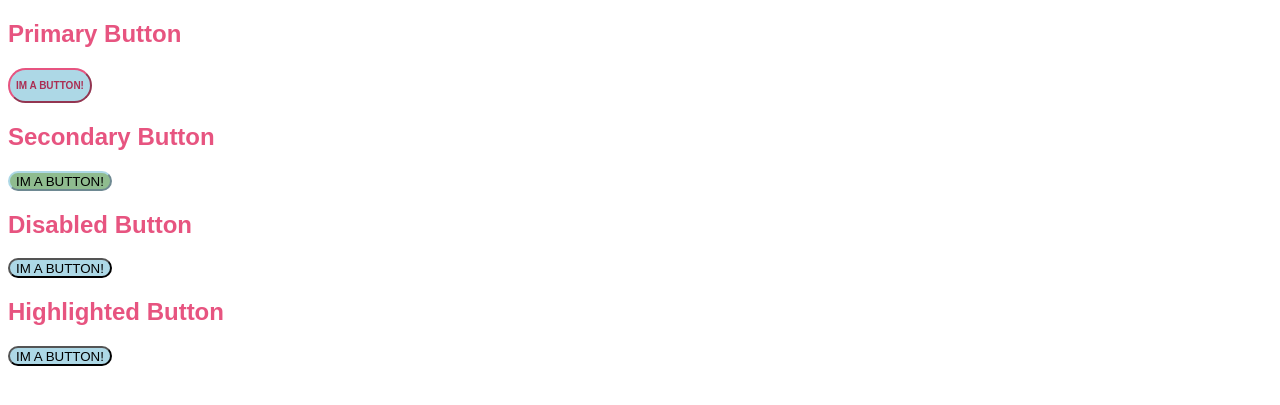
Repository: Jvien2/3126-repo
Page: index.html
The author's editor kept a copy of each file at every save. The page is drawn from the files as they stood at one save, then again after the next save.
The browser window is 1280 px wide. The pictures show the whole page.

Above is the page before, as saved 2026-10-01 01:06:45.
Not found: code.js

### index.html
<!DOCTYPE html>
<html lang="en">
<head>
    <meta charset="UTF-8">
    <meta name="viewport" content="width=device-width, initial-scale=1.0">
    <title>Assignment 1</title>
    <link rel="stylesheet" href="style.css">
    <script src="code.js" defer></script>
</head>
<body>
    <!-- regular button -->
    <!-- <h2>No Modifier</h2>
        <button class="btn">IM A BUTTON!</button> -->

    <!-- prmary -->
    <h2>Primary Button</h2>
        <button class="btn btn-primary">IM A BUTTON!</button>

    <!-- secondary -->
    <h2>Secondary Button</h2>
         <button class="btn btn-secondary">IM A BUTTON!</button>

    <!-- disabled -->
    <h2>Disabled Button</h2>
         <button class="btn btn-disabled">IM A BUTTON!</button>

    <!-- highlighted -->
    <h2>Highlighted Button</h2>
         <button class="btn btn-highlight">IM A BUTTON!</button>

</body>
</html>

### style.css
h2 {
    color: #e75480;
    font-family: Arial, Helvetica, sans-serif;
}

.btn {
    width: fit-content;
    height: 20px;
    border-radius: 20px;
    background-color: lightblue;

}

.btn-primary {
    color:#ab2e53;
    height: 35px;
    font-size: 10px;
    font-weight: bold;
    border-color: #e75480;
}


.btn-secondary {
     background-color:darkseagreen;
     border-color: lightblue;
}

After the next save:
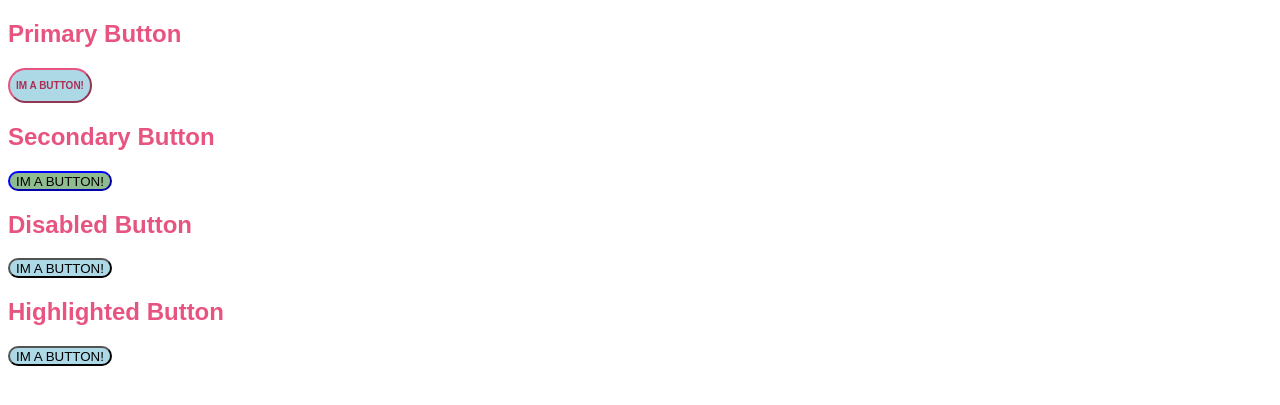
Saved 6 s later.
--- a/style.css
+++ b/style.css
@@ -22,5 +22,5 @@ h2 {
 
 .btn-secondary {
      background-color:darkseagreen;
-     border-color: lightblue;
+     border-color: blue;
 }
